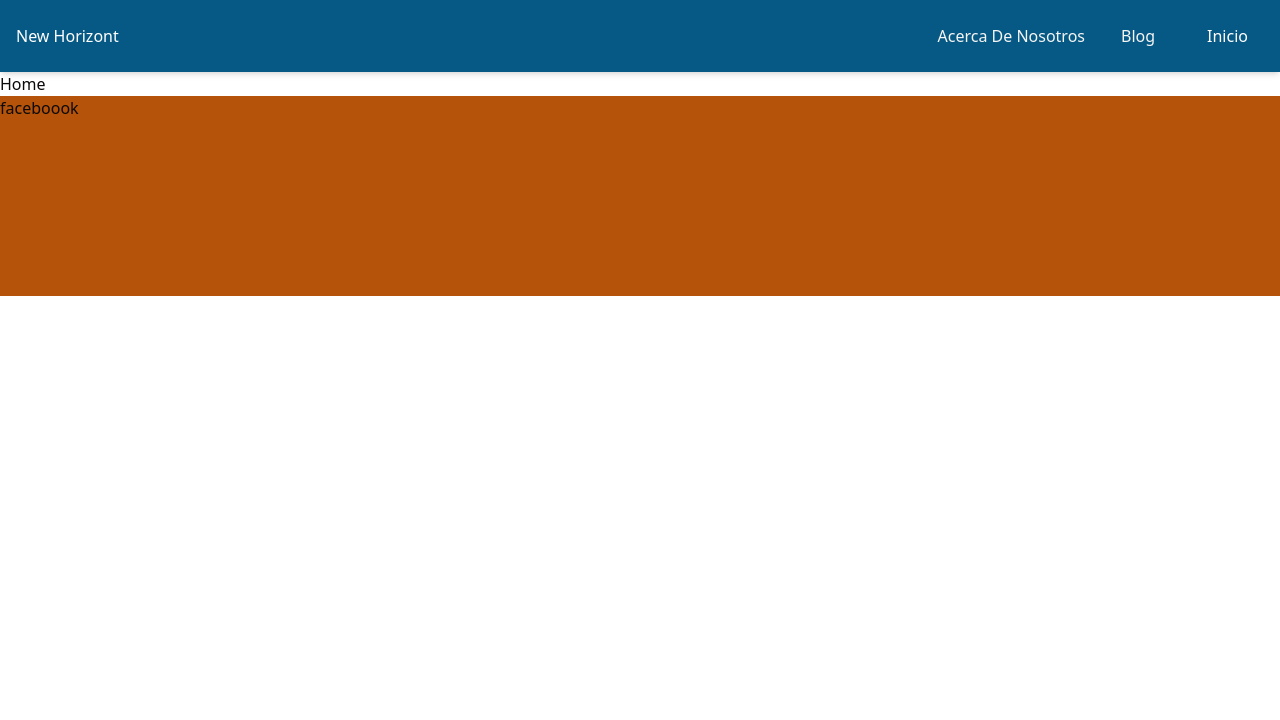
Repository: jefrydep/new-horizont-school
Page: /
An editor plug-in stored every save of this project. The page is shown before and after the next save, followed by the edit.
The browser window is 1280 px wide. The pictures show the whole page.
The project was rebuilt for these pictures with package versions that can differ from the ones it lists, and the page was loaded fresh each time. The framework's server and built-in components were replaced by stand-ins that run in the browser. Also part of the build but not shown: next.config.ts.

Above is the page before, as saved 2024-11-07 20:20:24.

After the next save:
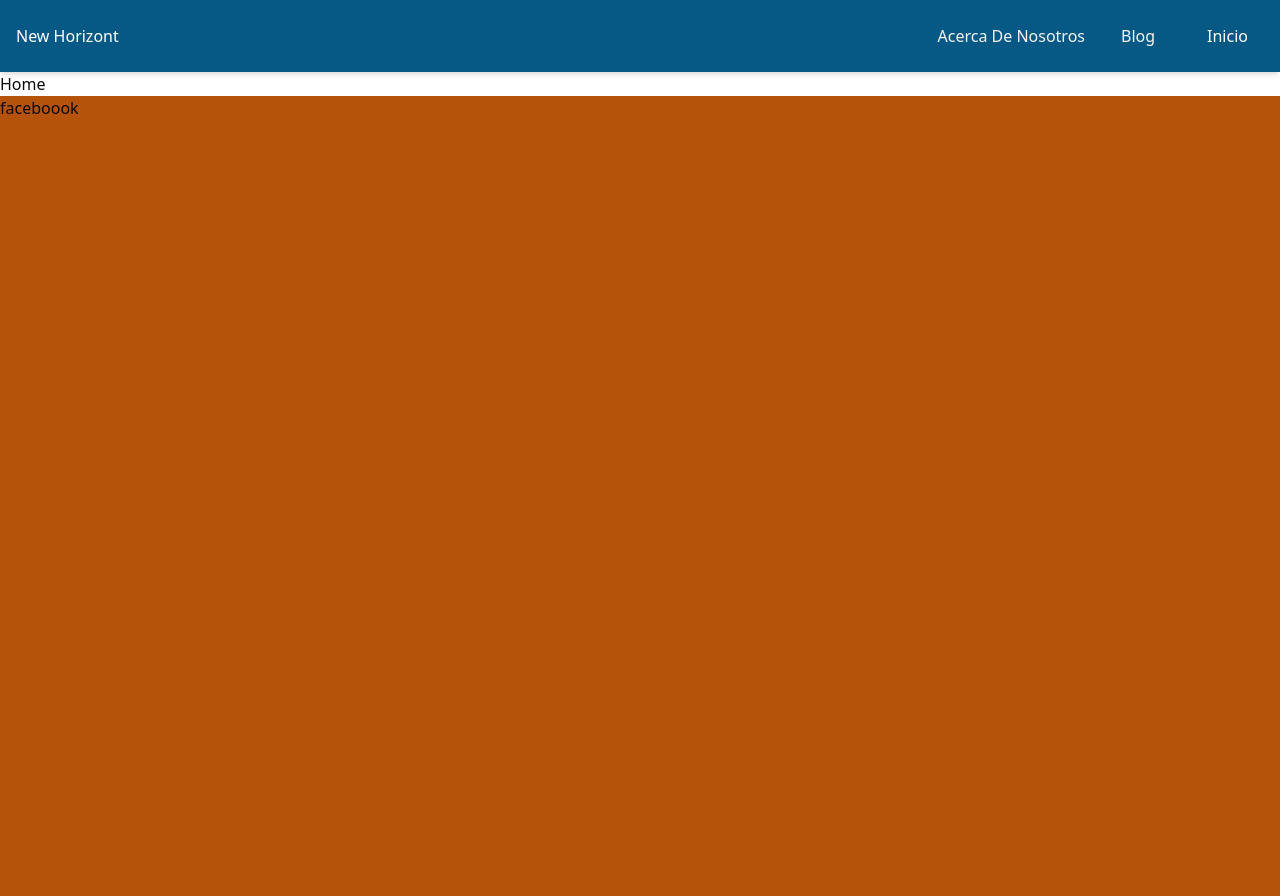
Saved 13 s later.
--- a/src/components/Footer.tsx
+++ b/src/components/Footer.tsx
@@ -1,6 +1,6 @@
 export default function Footer() {
   return (
-    <div className="bg-amber-700 h-[200px]">
+    <div className="bg-amber-700 h-[800px]">
       <footer className="container m-auto">
         <div>faceboook</div>
       </footer>
